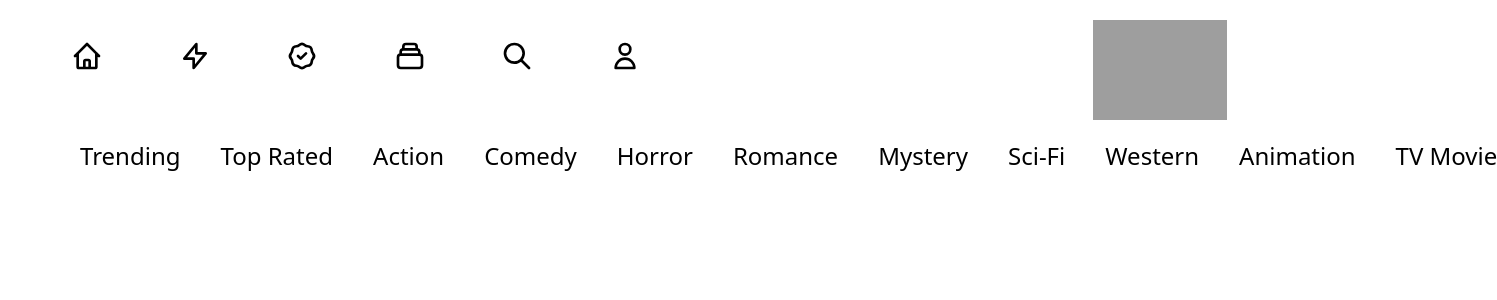
Repository: jafredk/hulu-2
Page: /
The author's editor kept a copy of each file at every save. The page is drawn from the files as they stood at one save, then again after the next save.
The browser window is 1280 px wide. The page is 1497 px wide, then 1377 px, so the pictures cover 1497 px, including what lies to the right of the window. The pictures show the whole page.
Pictures or frames that could not be fetched are drawn as grey boxes. The project was rebuilt for these pictures with package versions that can differ from the ones it lists, and the page was loaded fresh each time. The framework's server and built-in components were replaced by stand-ins that run in the browser. Also part of the build but not shown: next.config.js.

Above is the page before, as saved 2021-11-02 11:57:22.

After the next save:
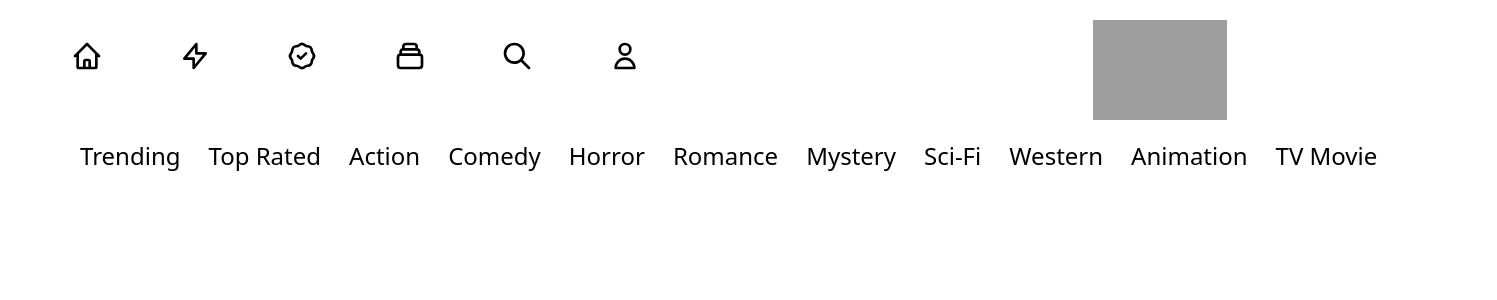
Saved 24 s later.
--- a/components/Nav.js
+++ b/components/Nav.js
@@ -3,7 +3,7 @@ import requests from "../utils/requests";
 function Nav() {
     return (
         <nav>
-            <div className="flex px-5 flex-row space-x-10 sm:px-20 text-2xl whitespace-nowrap">
+            <div className="flex px-10 flex-row space-x-7 sm:px-20 text-2xl whitespace-nowrap">
                 {Object.entries(requests).map(([key, { title, url }]) => (
                     <h2 key={key} className="cursor-pointer transition duration-100 transform hover:scale-125 hover:text-white active:text-red-500 " >{title}</h2>
                 ))}
